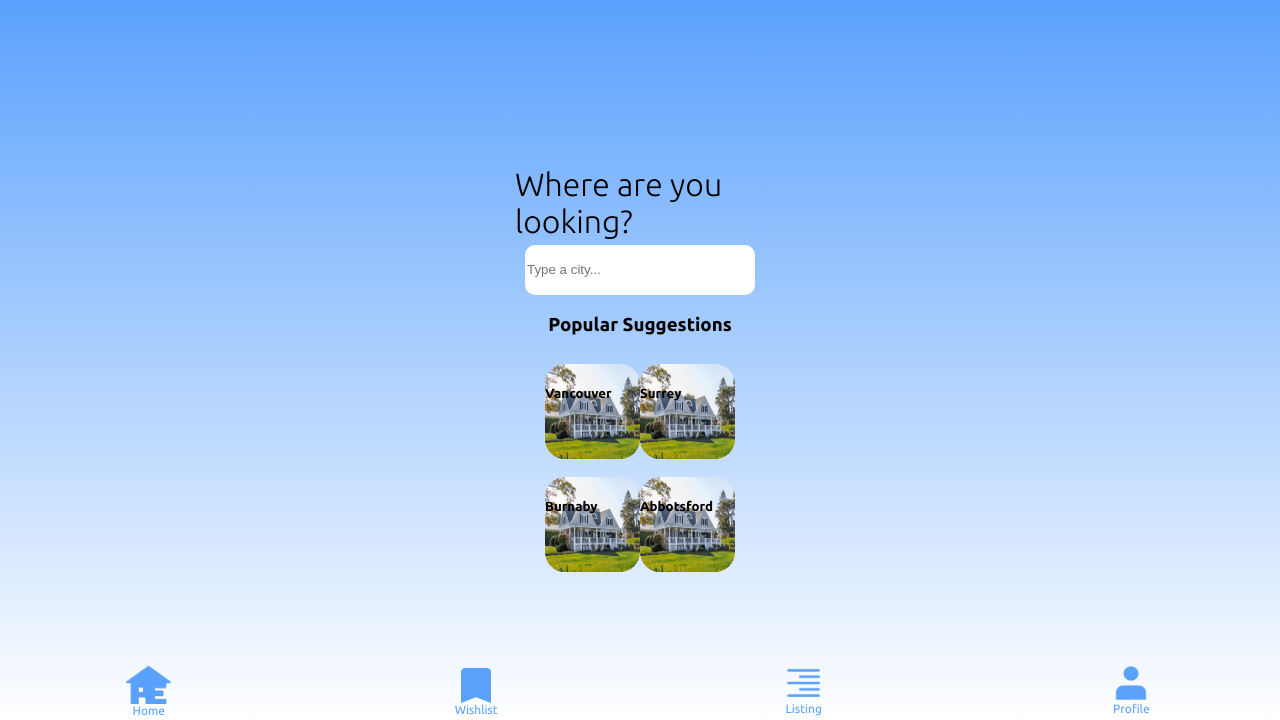
Repository: msyukurrr/realeasy
Page: /listing
An editor plug-in stored every save of this project. The page is shown before and after the next save, followed by the edit.
The browser window is 1280 px wide. The pictures show the whole page.
The project was rebuilt for these pictures with package versions that can differ from the ones it lists, and the page was loaded fresh each time. The framework's server and built-in components were replaced by stand-ins that run in the browser. Also part of the build but not shown: next.config.js, components/Button.js.

Above is the page before, as saved 2023-01-27 20:39:05.

### pages/listing.js
import Heading from "../components/Heading";
import NavBar from "../components/NavBar";
import styles from "../styles/Home.module.css"
import MainButton from "../components/Button.js";
import styled from "styled-components";



export default function Listing({

}){
    return(
        <><div className={styles.listing}>

        <Heading headingtxt="Where are you looking?"/>

        <input placeholder="Type a city..." style={{width:230, height:50, borderRadius:10, backgroundColor:"white", border:'transparent'}}></input>

        <h3>Popular Suggestions</h3>

    <div>

        <div style={{display:'flex', flexDirection:'row', paddingTop:10, paddingBottom:15}}>
            <div>
                <h5 style={{display:'flex', position:'absolute'}}>Vancouver</h5>
                <img src="house.png" style={{width:95, height:95, borderRadius:20}}/>

            </div>

            <div>
                <h5 style={{display:'flex', position:'absolute'}}>Surrey</h5>
                <img src="house.png" style={{width:95, height:95, borderRadius:20}}/>

            </div>
        </div>

        <div style={{display:'flex', flexDirection:'row'}}>
            <div>
                <h5 style={{display:'flex', position:'absolute'}}>Burnaby</h5>
                <img src="house.png" style={{width:95, height:95, borderRadius:20}}/>

            </div>

            <div>
                <h5 style={{display:'flex', position:'absolute'}}>Abbotsford</h5>
                <img src="house.png" style={{width:95, height:95, borderRadius:20}}/>

            </div>
        </div>

    </div>






        </div>
        <NavBar></NavBar>

        </>
    )
}

### styles/globals.css
@import url('https://fonts.googleapis.com/css2?family=Ubuntu:ital,wght@0,300;0,400;0,500;0,700;1,300;1,400;1,500;1,700&display=swap');

html,
body {
  padding: 0;
  margin: 0;
  font-family: "Ubuntu", sans-serif;
  background-color: #E6EEF8;
}

a {
  color: inherit;
  text-decoration: none;
}

* {
  box-sizing: border-box;
}

@media (prefers-color-scheme: dark) {
  html {
    color-scheme: dark;
  }
  body {
    color: white;
    background: E6EEF8;
  }
}

### components/Heading.js
import styled from "styled-components";

const Container = styled.div`
display: flex;
margin-left: 50px;
width: 300px;
height: 100px;

`

const Word = styled.h1`

color: ${props=>props.color};
font-weight: ${props=>props.fontweight};
`

export default function Heading({
    h1="Recommended by people around you",
    fw="300",
    color="#5AA1FD",
    headingtxt="Recommended by people around you"
}){
    return<>
    <Container>
    <Word fontweight={fw}
    >{headingtxt}</Word>
    </Container>
    </>
}

### components/NavBar.js
import styled from "styled-components";
import Link from "next/link";

const NavBarCont = styled.div`
position: fixed;
bottom: 0;
width: 100%;
`
const NavCont = styled.nav`
display: flex;
justify-content: space-around;
width: 100%;
background-color: transparent;
height: 60px;
`
const HomeCont = styled.div`
width: 50px;
height: 50px;
display:flex;
flex-direction: column;
justify-content: center;
align-items: center;
margin-top: ${props=>props.margintop};
`
const WishlistCont = styled.div`
width: 50px;
height: 50px;
display:flex;
flex-direction: column;
justify-content: center;
align-items: center;
margin-left: 30px;
margin-top: ${props=>props.margintop};
margin-bottom: ${props=>props.marginbottom};
`
const ListingCont = styled.div`
width: 50px;

display:flex;
flex-direction: column;
justify-content: center;
align-items: center;
margin-left: 30px;
margin-top: ${props=>props.margintop};
`
const ProfileCont = styled.div`
display:flex;
margin-left: 30px;
margin-top: ${props=>props.margintop};
`

const Icon = styled.img`
display: flex;
justify-content: center;
height: ${props=>props.height};
width: ${props=>props.width};
display: flex;
`

const NavList = styled.span`
display: flex;
align-self: center;
color: #5AA1FD;
font-size: 12px;
`


export default function NavBar({
    mt="5px",
    mb=""
}){
    return <NavBarCont>
    <NavCont>
        <Link href="/">
            <HomeCont margintop="6px">
                <Icon src='./logo.png' height="45px" width="45px"/>
                <NavList>Home</NavList>
            </HomeCont>
        </Link>
        <Link href="/wishlist">
            <WishlistCont margintop="7px">
                <Icon src='./wishlist.png' height="35px" width="30px"></Icon>
                <NavList>Wishlist</NavList>
            </WishlistCont>
        </Link>
        <Link href="/listing">
            <ListingCont margintop="4px">
                <Icon src='./listing.png' height="38px" width="45px"></Icon>
                <NavList>Listing</NavList>
            </ListingCont>
        </Link>
        <Link href="/profile">
            <ListingCont margintop="4px">
                <Icon src='./user.png' height="38px" width="40px"></Icon>
                <NavList>Profile</NavList>
            </ListingCont>
        </Link>
    </NavCont>
    </NavBarCont>
}

### styles/Home.module.css
.container {
  padding: 0 2rem;
}

.main {
  min-height: 100vh;
  padding: 4rem 0;
  flex: 1;
  display: flex;
  flex-direction: column;
  justify-content: center;
  align-items: center;
}


.listing {
  min-height: 100vh;
  padding: 4rem 0;
  flex: 1;
  display: flex;
  flex-direction: column;
  justify-content: center;
  align-items: center;
  background-image: linear-gradient(#5AA1FD, white);
}

.footer {
  display: flex;
  flex: 1;
  padding: 2rem 0;
  border-top: 1px solid #eaeaea;
  justify-content: center;
  align-items: center;
}

.footer a {
  display: flex;
  justify-content: center;
  align-items: center;
  flex-grow: 1;
}

.title a {
  color: #0070f3;
  text-decoration: none;
}

.title a:hover,
.title a:focus,
.title a:active {
  text-decoration: underline;
}

.title {
  margin: 0;
  line-height: 1.15;
  font-size: 4rem;
}

.title,
.description {
  text-align: center;
}

.description {
  margin: 4rem 0;
  line-height: 1.5;
  font-size: 1.5rem;
}

.code {
  background: #fafafa;
  border-radius: 5px;
  padding: 0.75rem;
  font-size: 1.1rem;
  font-family: Menlo, Monaco, Lucida Console, Liberation Mono, DejaVu Sans Mono,
    Bitstream Vera Sans Mono, Courier New, monospace;
}

.grid {
  display: flex;
  align-items: center;
  justify-content: center;
  flex-wrap: wrap;
  max-width: 800px;
}

.card {
  margin: 1rem;
  padding: 1.5rem;
  text-align: left;
  color: inherit;
  text-decoration: none;
  border: 1px solid #eaeaea;
  border-radius: 10px;
  transition: color 0.15s ease, border-color 0.15s ease;
  max-width: 300px;
}

.card:hover,
.card:focus,
.card:active {
  color: #0070f3;
  border-color: #0070f3;
}

.card h2 {
  margin: 0 0 1rem 0;
  font-size: 1.5rem;
}

.card p {
  margin: 0;
  font-size: 1.25rem;
  line-height: 1.5;
}

.logo {
  height: 1em;
  margin-left: 0.5rem;
}

@media (max-width: 600px) {
  .grid {
    width: 100%;
    flex-direction: column;
  }
}

@media (prefers-color-scheme: dark) {
  .card,
  .footer {
    border-color: #222;
  }
  .code {
    background: #111;
  }
  .logo img {
    filter: invert(1);
  }
}

Loaded but not shown: pages/_app.js (common file)

After the next save:
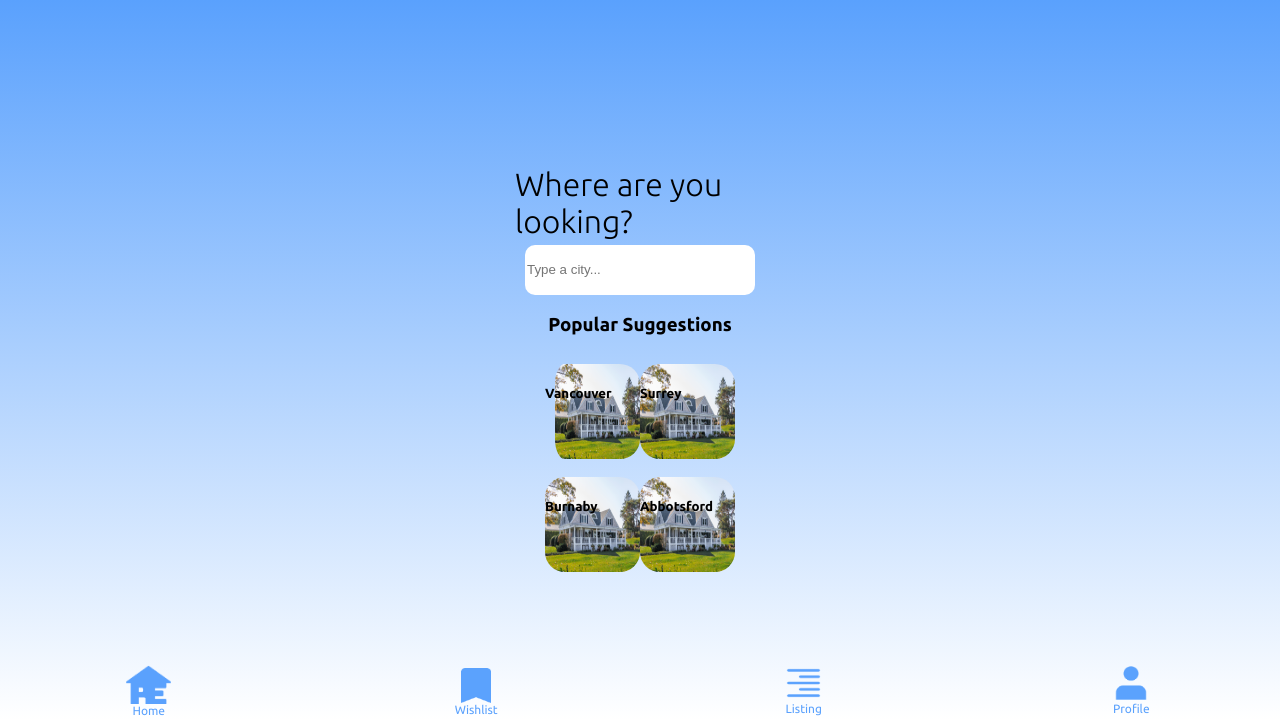
Saved 9 s later.
--- a/pages/listing.js
+++ b/pages/listing.js
@@ -23,7 +23,7 @@ export default function Listing({
         <div style={{display:'flex', flexDirection:'row', paddingTop:10, paddingBottom:15}}>
             <div>
                 <h5 style={{display:'flex', position:'absolute'}}>Vancouver</h5>
-                <img src="house.png" style={{width:95, height:95, borderRadius:20}}/>
+                <img src="house.png" style={{width:95, height:95, borderRadius:20, paddingLeft:10}}/>
 
             </div>
 
